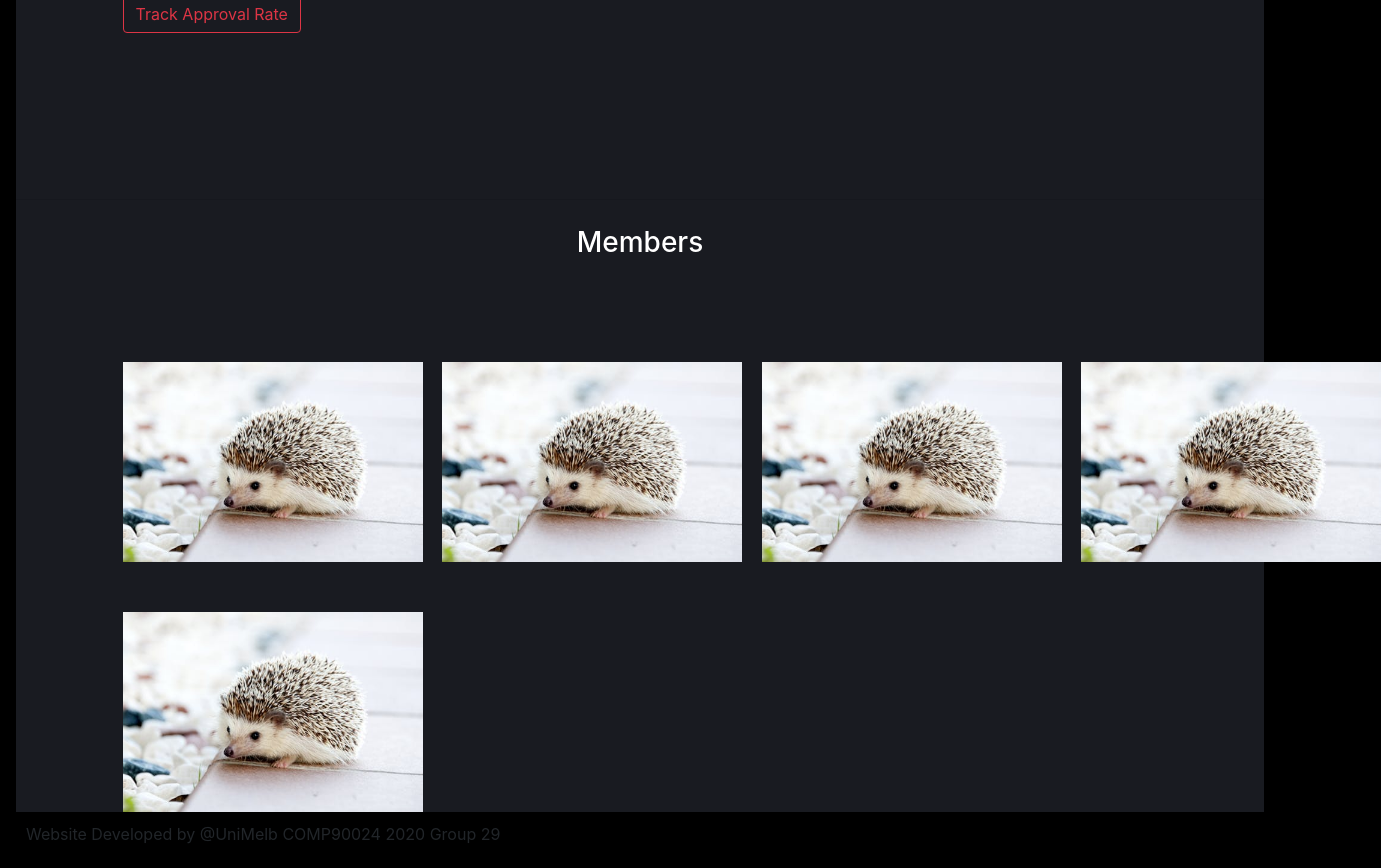
Repository: gusyi/COMP90024_Team29
Page: frontend/templates/frontend/home.html
The author's editor kept a copy of each file at every save. The page is drawn from the files as they stood at one save, then again after the next save.
The browser window is 1280 px wide. The page is 1381 px wide, so the pictures cover 1381 px, including what lies to the right of the window. The pictures show the part of the page from y = 718 to 1586 px (the page is 1586 px tall).
Some web libraries are served in a nearby version. The template is drawn by Django 3.2. The application's start-up code is not run. Other server files are loaded and not shown. The template is opened directly, without the code that normally fills it, so the values that code supplies are empty.

Above is the page before, as saved 2020-05-25 23:24:03.

### backend/frontend/templates/frontend/home.html
{% extends "base_generic.html" %}

{% block main%}

    <div style="background-color:rgb(25, 27, 33);">


    <div style="height: 30px"></div>

    <div class="row">
        <div class="col-sm-1"></div>
        <div class="col-sm-6">
           <div style="height: 70px"></div>
            <h1 style="font-size:100px;color:white;" > Scott Morrison</h1>
            <svg height="30" width="1000">
                <line x1="0" y1="30" x2="400" y2="30" style="stroke:rgb(255,255,255);stroke-width:20" />
            </svg>
            <div style="height: 20px"></div>
            <h1 style="font-size:50px;color:white;" > A Sentiment Analysis on</h1>
            <h1 style="font-size:50px;color:white;" > Twitter Content</h1>

            <div style="height: 80px"></div>
            <a href="/map/"><button type="button" class="btn btn-outline-danger">Track Approval Rate</button></a>


        </div>
        <div class="col-sm-5">
            <div style="height: 50px"></div>
            {% load static %}
            <img src="{% static 'frontend/images/test2.svg' %}" width="500" height="500"/>


        </div>

    </div>
    <div style="height: 150px"></div>
    <hr>
    <div style="height: 10px"></div>
    <h3  style="text-align: center;color:white;"> Members</h3>
    <svg height="5" width="1000">
        <line x1="0" y1="30" x2="400" y2="30" style="stroke:rgb(255,255,255);stroke-width:50" />
    </svg>
    <br>
    <div style="height: 20px"></div>
    <div class="row">
        <div class="col-sm-1"></div>
        <div class="col-sm-2">
            <div style="height: 50px"></div>
            {% load static %}
            <img src="{% static 'frontend/images/pic1.jpeg' %}" width="300" height="200"/>


        </div>
        <div class="col-sm-1"></div>
        <div class="col-sm-2">
            <div style="height: 50px"></div>
            {% load static %}
            <img src="{% static 'frontend/images/pic1.jpeg' %}" width="300" height="200"/>


        </div>
        <div class="col-sm-1"></div>
        <div class="col-sm-2">
            <div style="height: 50px"></div>
            {% load static %}
            <img src="{% static 'frontend/images/pic1.jpeg' %}" width="300" height="200"/>


        </div>
        <div class="col-sm-1"></div>
        <div class="col-sm-2">
            <div style="height: 50px"></div>
            {% load static %}
            <img src="{% static 'frontend/images/pic1.jpeg' %}" width="300" height="200"/>


        </div>
        <div class="col-sm-1"></div>
        <div class="col-sm-2">
            <div style="height: 50px"></div>
            {% load static %}
            <img src="{% static 'frontend/images/pic1.jpeg' %}" width="300" height="200"/>


        </div>

    </div>



    <div>

    </div>
    </div>



{% endblock %}

### backend/frontend/templates/base_generic.html
<!doctype html>
<html lang="en">
  <head>
    <meta charset="utf-8">
    <meta name="viewport" content="width=device-width, initial-scale=1, shrink-to-fit=no">
    <meta name="description" content="">
    <meta name="author" content="Mark Otto, Jacob Thornton, and Bootstrap contributors">
    <meta name="generator" content="Jekyll v3.8.6">
    {% block title %}<title>Morrison Index</title>{% endblock %}


    <link rel="canonical" href="https://getbootstrap.com/docs/4.4/examples/cover/">

  {% load static %}
  <link rel="stylesheet" href="{% static 'frontend/bootstrap.min.css' %}">
  <script src="https://kit.fontawesome.com/e01ef97213.js" crossorigin="anonymous"></script>

    <!-- Favicons -->
<link rel="apple-touch-icon" href="/docs/4.4/assets/img/favicons/apple-touch-icon.png" sizes="180x180">
<link rel="icon" href="/docs/4.4/assets/img/favicons/favicon-32x32.png" sizes="32x32" type="image/png">
<link rel="icon" href="/docs/4.4/assets/img/favicons/favicon-16x16.png" sizes="16x16" type="image/png">
<link rel="manifest" href="/docs/4.4/assets/img/favicons/manifest.json">
<link rel="mask-icon" href="/docs/4.4/assets/img/favicons/safari-pinned-tab.svg" color="#563d7c">
<link rel="icon" href="/docs/4.4/assets/img/favicons/favicon.ico">
<meta name="msapplication-config" content="/docs/4.4/assets/img/favicons/browserconfig.xml">
<meta name="theme-color" content="#563d7c">

    <style>
        #footer {

            padding: 10px 10px 0px 10px;
            bottom: 0;
            width: 100%;
            /* Height of the footer*/
            height: 40px;
            background: dark;
        }
        .bd-placeholder-img {
          font-size: 1.125rem;
          text-anchor: middle;
          -webkit-user-select: none;
          -moz-user-select: none;
          -ms-user-select: none;
          user-select: none;
        }

        @media (min-width: 768px) {
          .bd-placeholder-img-lg {
            font-size: 3.5rem;
          }
        }
    </style>

  </head>
  <header class="masthead mb-auto">
    <div class="inner">

        <nav class="navbar navbar-expand-lg navbar-dark bg-black">

            {% load static %}
            <img src="{% static 'frontend/images/website_logo_90_675.svg' %}" width="90" height="67"/>
            <a class="navbar-brand" href="/">Morrison Index</a>
            <button class="navbar-toggler" type="button" data-toggle="collapse" data-target="#navbarColor02" aria-controls="navbarColor02" aria-expanded="false" aria-label="Toggle navigation">
                <span class="navbar-toggler-icon"></span>
            </button>


            <div class="collapse navbar-collapse" id="navbarColor02">
                <ul class="navbar-nav mr-auto">
                <li class="nav-item active">
                    <a class="nav-link" href="/">Home <span class="sr-only">(current)</span></a>
                </li>
                <li class="nav-item">
                    <a class="nav-link" href="/map/">Map and Statistics</a>
                </li>
                </ul>

            </div>
        </nav>
    </div>
  </header>
  <body style="background-color:black;">

  {% load static %}
  <script src="{% static "frontend/main.js" %}"></script>
    <div class="cover-container d-flex w-100 h-100 p-3 mx-auto flex-column">


  <main role="main" class="inner cover">
  {% block main%}
  {% endblock%}

  </main>

  <div id="footer" >
    <div class="inner">
      <p>Website Developed by @UniMelb COMP90024 2020 Group 29</p>
    </div>
  </div>
</div>
</body>
<script src="https://code.jquery.com/jquery-3.4.1.slim.min.js" integrity="sha384-J6qa4849blE2+poT4WnyKhv5vZF5SrPo0iEjwBvKU7imGFAV0wwj1yYfoRSJoZ+n" crossorigin="anonymous"></script>
<script src="https://cdn.jsdelivr.net/npm/popper.js@1.16.0/dist/umd/popper.min.js" integrity="sha384-Q6E9RHvbIyZFJoft+2mJbHaEWldlvI9IOYy5n3zV9zzTtmI3UksdQRVvoxMfooAo" crossorigin="anonymous"></script>
<script src="https://stackpath.bootstrapcdn.com/bootstrap/4.4.1/js/bootstrap.min.js" integrity="sha384-wfSDF2E50Y2D1uUdj0O3uMBJnjuUD4Ih7YwaYd1iqfktj0Uod8GCExl3Og8ifwB6" crossorigin="anonymous"></script>

</html>

Loaded but not shown: backend/frontend/static/frontend/bootstrap.min.css (library); backend/frontend/static/frontend/main.js (library); backend/frontend/static/frontend/images/website_logo_90_675.svg (549 lines, source omitted)

After the next save:
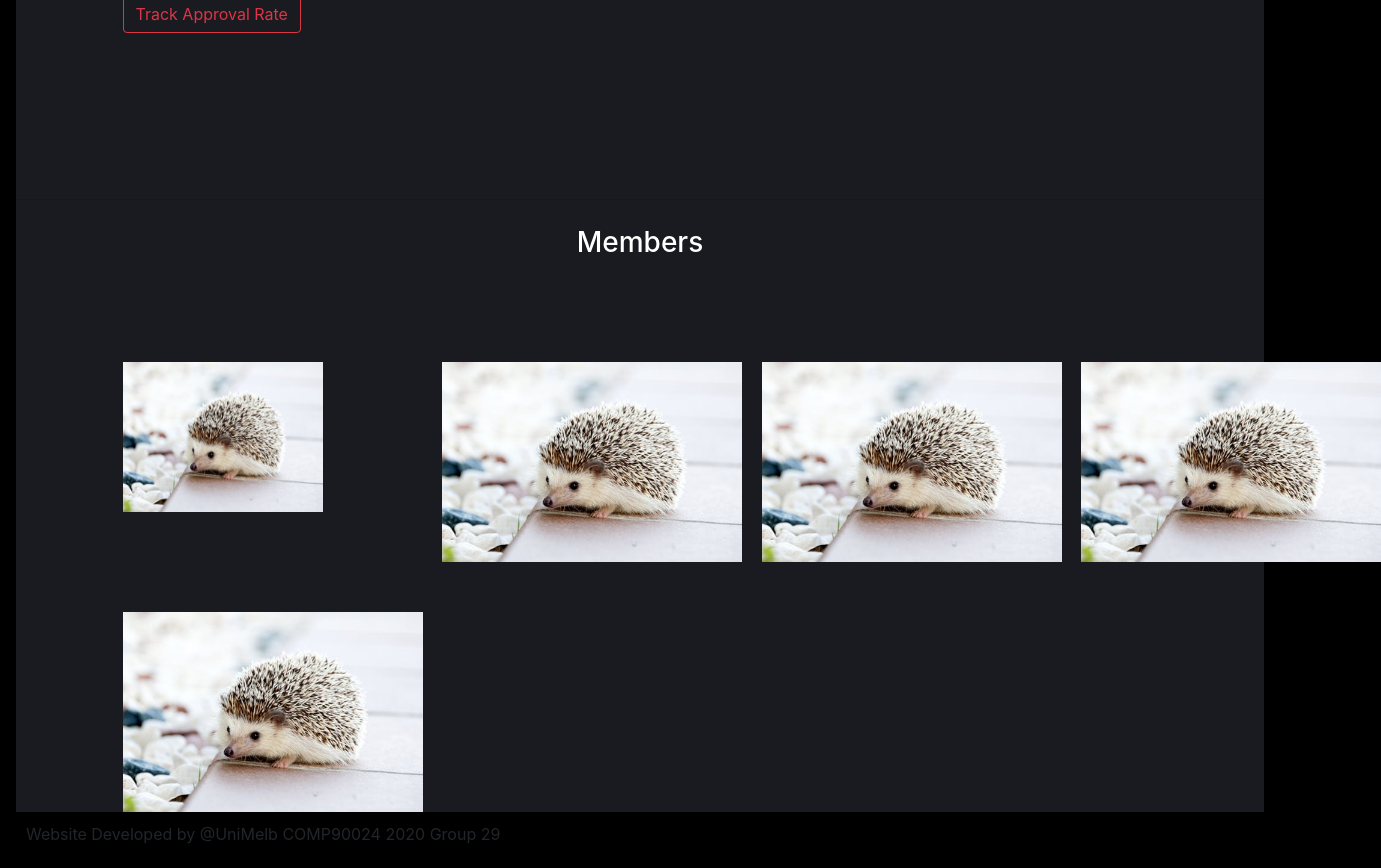
Saved 38 s later.
--- a/backend/frontend/templates/frontend/home.html
+++ b/backend/frontend/templates/frontend/home.html
@@ -47,7 +47,7 @@
         <div class="col-sm-2">
             <div style="height: 50px"></div>
             {% load static %}
-            <img src="{% static 'frontend/images/pic1.jpeg' %}" width="300" height="200"/>
+            <img src="{% static 'frontend/images/pic1.jpeg' %}" width="200" height="150"/>
 
 
         </div>
